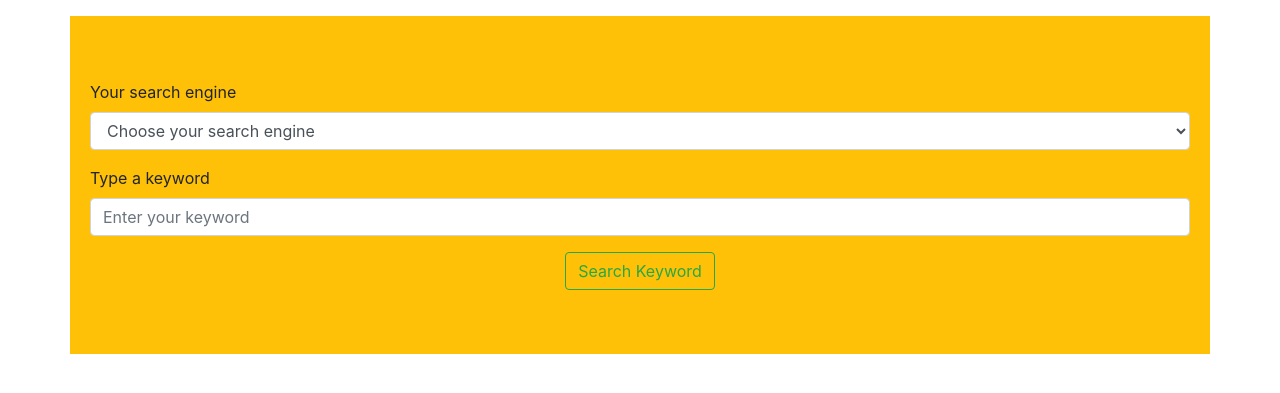
Repository: javatocode/Java-examples
Page: http://localhost/springmvc_crud/WEB-INF/views/add_product.jsp
An editor plug-in stored every save of this project. The page is shown before and after the next save, followed by the edit.
The browser window is 1280 px wide. The pictures show the whole page.
Some web libraries are served in a nearby version. The page is served by Tomcat 9. Nobody is signed in. Other server files are loaded and not shown. The template is opened directly, without the code that normally fills it, so the values that code supplies are empty.

Above is the page before, as saved 2021-09-03 12:20:30.

### springmvc_crud/src/main/webapp/WEB-INF/views/add_product.jsp
<html>
<head>
<meta charset="ISO-8859-1">
<%@include file="./base.jsp" %>
</head>
<body>
<div class="container mt-3">
<div class="row">
 <div class="card-body py-5 bg-warning" >
    <form action="search" class="mt-3" >
    <div class="form-group">
    <label>Your search engine</label>
    <select class="form-control" name="engine">
		  <option selected>Choose your search engine</option>
		  <option value="Google">Google</option>
		  <option value="Yahoo">Yahoo</option>
		  <option value="Bing">Bing</option>
    </select>
    </div>
    <div class="form-group">
    <label>Type a keyword</label>
    <input class="form-control" type="text" name="querybox" placeholder="Enter your keyword"/>
    </div>
    <div class="container-fluid text-center" >
    <button class="btn btn-outline-success">Search Keyword</button>
    </div>
    </form>
    </div>
  </div>
  </div>
</body>
</html>

### springmvc_crud/src/main/webapp/WEB-INF/views/base.jsp
<%@ page language="java" contentType="text/html; charset=ISO-8859-1"
    pageEncoding="ISO-8859-1"%>
    <%@ taglib prefix="c" uri="http://java.sun.com/jsp/jstl/core" %>
<!-- Required meta tags -->
    <meta charset="utf-8">
    <meta name="viewport" content="width=device-width, initial-scale=1, shrink-to-fit=no">

    <!-- Bootstrap CSS -->
    <link rel="stylesheet" href="https://maxcdn.bootstrapcdn.com/bootstrap/4.0.0/css/bootstrap.min.css" integrity="sha384-Gn5384xqQ1aoWXA+058RXPxPg6fy4IWvTNh0E263XmFcJlSAwiGgFAW/dAiS6JXm" crossorigin="anonymous">

    <title><c:out value="${title}">Base title</c:out></title>


    <!-- Optional JavaScript -->
    <!-- jQuery first, then Popper.js, then Bootstrap JS -->
    <script src="https://code.jquery.com/jquery-3.2.1.slim.min.js" integrity="sha384-KJ3o2DKtIkvYIK3UENzmM7KCkRr/rE9/Qpg6aAZGJwFDMVNA/GpGFF93hXpG5KkN" crossorigin="anonymous"></script>
    <script src="https://cdnjs.cloudflare.com/ajax/libs/popper.js/1.12.9/umd/popper.min.js" integrity="sha384-ApNbgh9B+Y1QKtv3Rn7W3mgPxhU9K/ScQsAP7hUibX39j7fakFPskvXusvfa0b4Q" crossorigin="anonymous"></script>
    <script src="https://maxcdn.bootstrapcdn.com/bootstrap/4.0.0/js/bootstrap.min.js" integrity="sha384-JZR6Spejh4U02d8jOt6vLEHfe/JQGiRRSQQxSfFWpi1MquVdAyjUar5+76PVCmYl" crossorigin="anonymous"></script>

After the next save:
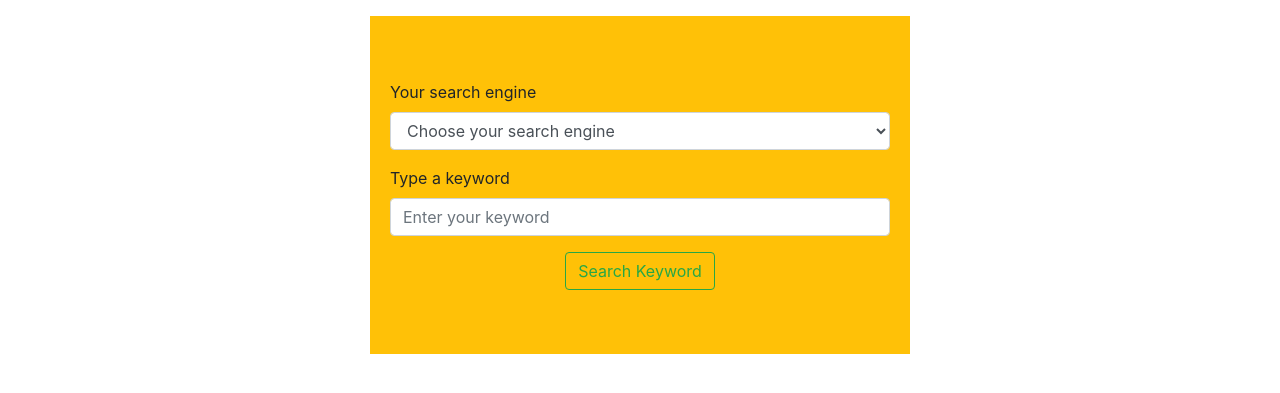
Saved 26 s later.
--- a/springmvc_crud/src/main/webapp/WEB-INF/views/add_product.jsp
+++ b/springmvc_crud/src/main/webapp/WEB-INF/views/add_product.jsp
@@ -6,6 +6,7 @@
 <body>
 <div class="container mt-3">
 <div class="row">
+<div class="col-md-6 offset-md-3" >
  <div class="card-body py-5 bg-warning" >
     <form action="search" class="mt-3" >
     <div class="form-group">
